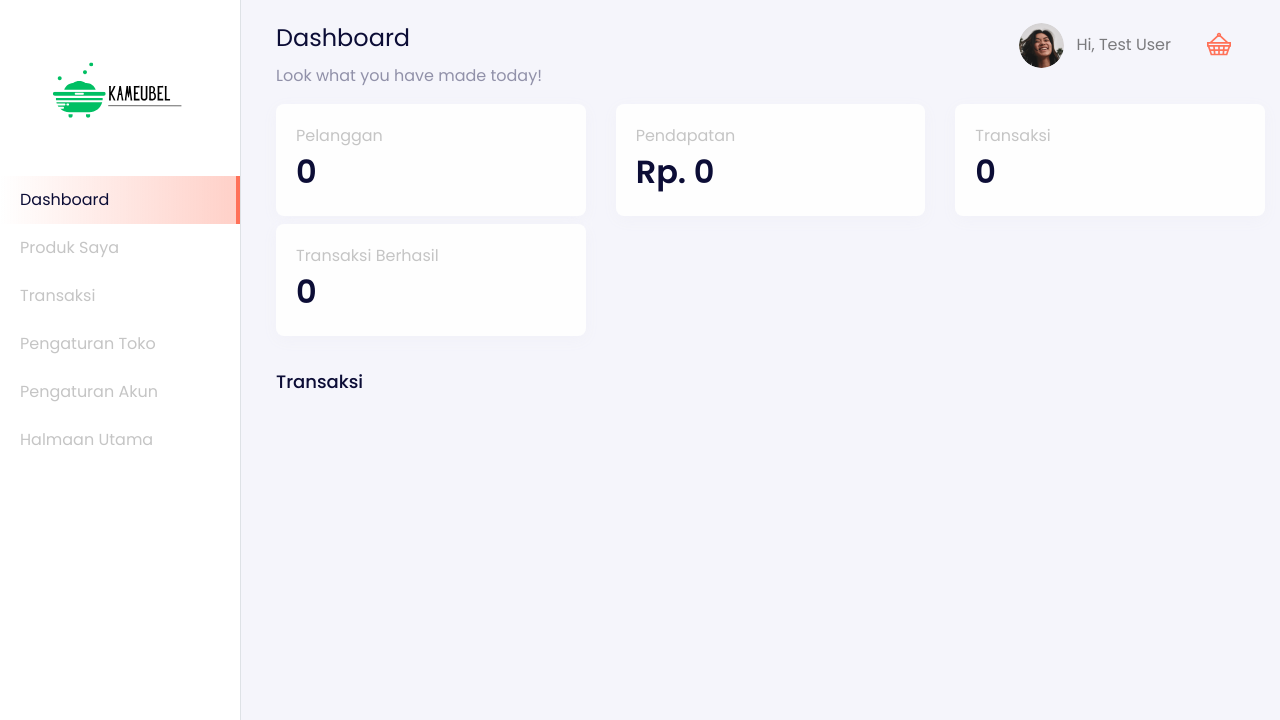
Repository: asyrofuddien/Meubel_Store
Page: http://localhost/dashboard
An editor plug-in stored every save of this project. The page is shown before and after the next save, followed by the edit.
The browser window is 1280 px wide. The pictures show the whole page.
The page is served by the project's Laravel application, run on PHP 8.4 with Laravel 8. A made-up administrator, Test User (test@example.com), is signed in. Other server files are loaded and not shown. Queries for data that is not in the repository find no rows.

Above is the page before, as saved 2023-08-08 11:03:05.

### routes/web.php
<?php

use Illuminate\Support\Facades\Route;
use Illuminate\Support\Facades\Auth;

/*
|--------------------------------------------------------------------------
| Web Routes
|--------------------------------------------------------------------------
|
| Here is where you can register web routes for your application. These
| routes are loaded by the RouteServiceProvider within a group which
| contains the "web" middleware group. Now create something great!
|
*/
Route::get('/', 'HomeController@index')->name('home');

Route::get('/categories', 'CategoryController@index')->name('categories');
Route::get('/categories/{id}', 'CategoryController@detail')->name('categories-detail');

Route::get('/details/{id}', 'DetailController@index')->name('detail');
Route::post('/details/{id}', 'DetailController@add')->name('detail-add');

Route::post('/checkout/callback', 'CheckoutController@callback')->name('midtrans-callback');

Route::get('/success', 'CartController@success')->name('success');
Route::get('/register/success', 'Auth\RegisterController@success')->name('register-success');

Route::group(['middleware' => ['auth']], function(){

    Route::get('/cart', 'CartController@index')->name('cart');
    Route::delete('/cart/{id}', 'CartController@delete')->name('cart-delete');

    Route::post('/checkout', 'CheckoutController@process')->name('checkout');

    Route::get('/dashboard', 'DashboardController@index')->name('dashboard');

    Route::get('/dashboard/products', 'DashboardProductController@index')->name('dashboard-product');

    Route::get('/dashboard/products/create', 'DashboardProductController@create')->name('dashboard-product-create');
    Route::post('/dashboard/products', 'DashboardProductController@store')->name('dashboard-product-store');

    Route::get('/dashboard/products/{id}', 'DashboardProductController@details')->name('dashboard-product-details');
    Route::post('/dashboard/products/{id}', 'DashboardProductController@update')->name('dashboard-product-update');

    Route::post('/dashboard/products/gallery/upload', 'DashboardProductController@uploadGallery')->name('dashboard-product-gallery-upload');

    Route::get('/dashboard/products/gallery/delete/{id}', 'DashboardProductController@deleteGallery')->name('dashboard-product-gallery-delete');

    Route::get('/dashboard/transactions', 'DashboardTransactionController@index')->name('dashboard-transaction');
    Route::get('/dashboard/transactions/{id}', 'DashboardTransactionController@details')->name('dashboard-transaction-details');
    Route::post('/dashboard/transactions/{id}', 'DashboardTransactionController@update')->name('dashboard-transaction-update');

    Route::get('/dashboard/settings', 'DashboardSettingController@store')->name('dashboard-settings-store');
    Route::get('/dashboard/account', 'DashboardSettingController@account')->name('dashboard-settings-account');
    Route::post('/dashboard/account/{redirect}', 'DashboardSettingController@update')->name('dashboard-settings-redirect');

});

// ->middleware(['auth', 'admin'])
Route::prefix('admin')
    ->namespace('Admin')
    ->middleware(['auth', 'admin'])
    ->group(function() {
        Route::get('/', 'DashboardController@index')->name('admin-dashboard');
        Route::resource('category', 'CategoryController');
        Route::resource('user', 'UserController');
        Route::resource('product', 'ProductController');
        Route::resource('product-gallery', 'ProductGalleryController');
        Route::resource('transaction', 'TransactionController');
    });

Auth::routes();

### app/User.php
<?php

namespace App;

use Illuminate\Contracts\Auth\MustVerifyEmail;
use Illuminate\Foundation\Auth\User as Authenticatable;
use Illuminate\Notifications\Notifiable;

class User extends Authenticatable
{
    use Notifiable;

    /**
     * The attributes that are mass assignable.
     *
     * @var array
     */
    protected $fillable = [
        'name', 'email', 'password', 'roles', 'store_name', 'categories_id', 'store_status',
        'address_one', 'address_two', 'provinces_id', 'regencies_id', 'zip_code', 'country', 'phone_number'
    ];

    /**
     * The attributes that should be hidden for arrays.
     *
     * @var array
     */
    protected $hidden = [
        'password', 'remember_token',
    ];

    /**
     * The attributes that should be cast to native types.
     *
     * @var array
     */
    protected $casts = [
        'email_verified_at' => 'datetime',
    ];



}

### app/Http/Controllers/DashboardController.php
<?php

namespace App\Http\Controllers;

use Illuminate\Http\Request;
use Illuminate\Support\Facades\Auth;

use App\TransactionDetail;
use App\User;

class DashboardController extends Controller
{
    /**
     * Show the application dashboard.
     *
     * @return \Illuminate\Contracts\Support\Renderable
     */
    public function index()
    {
        $transactions = TransactionDetail::with(['transaction.user', 'product.galleries'])
                            ->whereHas('product', function($product){
                                $product->where('users_id', Auth::user()->id);
                            });
        $transactions2 = TransactionDetail::with(['transaction.user', 'product.galleries'])
                            ->whereHas('product', function($product){
                                $product->where('users_id', Auth::user()->id);
                            })->whereHas('transaction', function ($transaction) {
                                $transaction->where('transaction_status', 'BERHASIL');
                            });

        $reveneu = $transactions2->orderby('created_at', 'DESC')->get()->reduce(function ($carry, $item){
            $total = $carry + $item->price;
            return $total - ($total*0.01) ; //pendapatan dikurangi 1 persen
        });

        $customer = User::count();

        return view('pages.dashboard', [
            'transaction_count' => $transactions->count(),
            'transaction_count_succes' => $transactions2->count(),
            'transaction_data' => $transactions->get(),
            'revenue' => $reveneu,
            'customer' => $customer
        ]);
    }
}

### app/TransactionDetail.php
<?php

namespace App;

use Illuminate\Database\Eloquent\Model;

class TransactionDetail extends Model
{
    /**
     * The attributes that are mass assignable.
     *
     * @var array
     */
    protected $fillable = [
       'transactions_id', 'products_id', 'price', 'shipping_status', 'resi', 'code'
    ];

    /**
     * The attributes that should be hidden for arrays.
     *
     * @var array
     */
    protected $hidden = [

    ];

    public function product(){
        return $this->hasOne(Product::class, 'id', 'products_id');
    }

    public function transaction(){
        return $this->hasOne(Transaction::class, 'id', 'transactions_id');
    }
}

### app/Product.php
<?php

namespace App;

use Illuminate\Database\Eloquent\Model;
use Illuminate\Database\Eloquent\SoftDeletes;

class Product extends Model
{
    use SoftDeletes;

    protected $fillable = [
        'name', 'users_id', 'categories_id', 'price', 'description', 'slug'
    ];

    public $hidden = [

    ];

    public function galleries(){
        return $this->hasMany(ProductGallery::class, 'products_id', 'id');
    }

    public function user(){
        return $this->hasOne(User::class, 'id', 'users_id');
    }

    public function category(){
        return $this->belongsTo(Category::class, 'categories_id', 'id');
    }
}

### app/Transaction.php
<?php

namespace App;

use Illuminate\Database\Eloquent\Model;

class Transaction extends Model
{
     /**
     * The attributes that are mass assignable.
     *
     * @var array
     */
    protected $fillable = [
       'users_id', 'inscurance_price', 'shipping_price', 'transaction_status', 'total_price', 'code'
    ];

    /**
     * The attributes that should be hidden for arrays.
     *
     * @var array
     */
    protected $hidden = [

    ];

    public function user(){
        return $this->belongsTo(User::class, 'users_id', 'id');
    }

}

### resources/views/pages/dashboard.blade.php
@extends('layouts.dashboard')

@section('title')
    Dashboard Toko
@endsection

@section('content')
    <!-- Page Content -->
    <div
        class="section-content section-dashboard-home"
        data-aos="fade-up"
        >
        <div class="container-fluid">
            <div class="dashboard-heading">
            <h2 class="dashboard-title">Dashboard</h2>
            <p class="dashboard-subtitle">Look what you have made today!</p>
            <div class="dashboard-content">
                <div class="row">
                <div class="col-md-4">
                    <div class="card mb-2">
                    <div class="card-body">
                        <div class="dashboard-card-title">Pelanggan</div>
                        <div class="dashboard-card-subtitle">{{ number_format($customer) }}</div>
                    </div>
                    </div>
                </div>
                <div class="col-md-4">
                    <div class="card mb-2">
                    <div class="card-body">
                        <div class="dashboard-card-title">Pendapatan</div>
                        <div class="dashboard-card-subtitle">Rp. {{ number_format($revenue) }}</div>
                    </div>
                    </div>
                </div>
                <div class="col-md-4">
                    <div class="card mb-2">
                    <div class="card-body">
                        <div class="dashboard-card-title">Transaksi</div>
                        <div class="dashboard-card-subtitle">
                        {{ number_format($transaction_count) }}
                        </div>
                    </div>
                    </div>
                </div>
                <div class="col-md-4">
                    <div class="card mb-2">
                    <div class="card-body">
                        <div class="dashboard-card-title">Transaksi Berhasil</div>
                        <div class="dashboard-card-subtitle">
                        {{ number_format($transaction_count_succes) }}
                        </div>
                    </div>
                    </div>
                </div>
                </div>
                <div class="row mt-3">
                    <div class="col-12 mt-2">
                        <h5 class="mb-3">Transaksi</h5>
                        @foreach ($transaction_data as $transaction)
                            <a
                                href="{{  route('dashboard-transaction-details', $transaction->id)  }}"
                                class="card card-list d-block"
                                >
                                <div class="card-body">
                                    <div class="row">
                                        <div class="col-md-1">
                                            <img
                                            src="{{ Storage::url($transaction->product->galleries->first()->photos ?? '') }}"
                                            class="w-50"
                                            />
                                        </div>
                                        <div class="col-md-4">{{ $transaction->product->name ?? '' }}</div>
                                        <div class="col-md-3">{{ $transaction->transaction->user->name ?? '' }}</div>
                                        <div class="col-md-3">{{ $transaction->created_at ?? '' }}</div>
                                        <div class="col-md-1 d-none-d-md-block">
                                            <img
                                            src="/images/dashboard-arrow-right.svg"
                                            alt=""
                                            />
                                        </div>
                                    </div>
                                </div>
                            </a>
                        @endforeach
                    </div>
                </div>
            </div>
            </div>
        </div>
    </div>
@endsection

### resources/views/layouts/dashboard.blade.php
<!DOCTYPE html>
<html lang="en">
  <head>
    <meta charset="utf-8" />
    <meta
      name="viewport"
      content="width=device-width, initial-scale=1, shrink-to-fit=no"
    />
    <meta name="description" content="" />
    <meta name="author" content="" />
    <link rel="shortcut icon" href="/images/logoicon.svg" type="image/x-icon">
    <title>@yield('title')</title>

    @stack('prepend-style')
    <link href="https://unpkg.com/aos@2.3.1/dist/aos.css" rel="stylesheet" />
    <link href="/style/main.css" rel="stylesheet" />
    @stack('addon-style')
  </head>

  <body>
    <div class="page-dashboard">
      <div class="d-flex" id="wrapper" data-aos="fade-right">
        <!-- sidebar -->
        <div class="border-right" id="sidebar-wrapper">
          <div class="sidebar-heading text-center">
            <img src="/images/logo.svg" class="my-4" alt="" />
          </div>
          <div class="list-group list-group-flush">
            <a
              href="{{ route('dashboard') }}"
              class="list-group-item list-group-item-action {{ (request()->is('dashboard')) ? 'active' : '' }}"
            >
              Dashboard</a
            >
            <a
              href="{{ route('dashboard-product') }}"
              class="list-group-item list-group-item-action {{ (request()->is('dashboard/products*')) ? 'active' : '' }}"
            >
              Produk Saya</a
            >
            <a
              href="{{ route('dashboard-transaction') }}"
              class="list-group-item list-group-item-action {{ (request()->is('dashboard/transactions*')) ? 'active' : '' }}"
            >
              Transaksi</a
            >
            <a
              href="{{ route('dashboard-settings-store') }}"
              class="list-group-item list-group-item-action {{ (request()->is('dashboard/settings*')) ? 'active' : '' }}"
            >
              Pengaturan Toko</a
            >
            <a
              href="{{ route('dashboard-settings-account') }}"
              class="list-group-item list-group-item-action {{ (request()->is('dashboar/account*')) ? 'active' : '' }}"
            >
              Pengaturan Akun</a
            >
            <a
              href="/"
              class="list-group-item list-group-item-action"
            >
              Halmaan Utama</a
            >
          </div>
        </div>

        <!-- Page Content -->
        <div id="page-content-wrapper">
          <nav
            class="navbar navbar-expand-lg navbar-light navbar-store fixed-top"
            data-aos="fade-down"
          >
            <div class="container-fluid">
              <button
                class="btn btn-secondary d-md-none mr-auto mr-2"
                id="menu-toggle"
              >
                &laquo; Menu
              </button>
              <button
                class="navbar-toggler"
                type="button"
                data-toggle="collapse"
                data-target="#navbarSupportedContent"
              >
                <span class="navbar-toggler-icon"></span>
              </button>
              <div class="collapse navbar-collapse" id="navbarSupportedContent">
                <!-- Desktop Menu -->
                <ul class="navbar-nav d-none d-lg-flex ml-auto">
                  <li class="nav-item dropdown">
                    <a
                      href="#"
                      class="nav-link"
                      id="navbarDropdown"
                      role="button"
                      data-toggle="dropdown"
                    >
                      <img
                        src="/images/icon-user.png"
                        alt=""
                        class="rounded-circle mr-2 profil-picture"
                      />
                      Hi, {{ Auth::user()->name }}
                    </a>
                    <div class="dropdown-menu">
                        <a href="{{ route('dashboard') }}" class="dropdown-item"
                            >Dashboard</a
                        >
                        <a
                            href="{{ route('dashboard-settings-account') }}"
                            class="dropdown-item"
                            >Setting</a
                        >
                        <div class="dropdown-divider"></div>
                            <a href="{{ route('logout') }}" onclick="event.preventDefault(); document.getElementById('logout-form').submit();"
                              class="dropdown-item"
                              >Logout</a>
                            <form id="logout-form" action="{{ route('logout') }}" method="POST" class="d-none">
                                @csrf
                            </form>
                    </div>
                  </li>
                  <li class="nav-item">
                      <a href="{{ route('cart') }}" class="nav-link d-inline-block mt-2">
                          @php
                          $carts = \App\Cart::where('users_id', Auth::user()->id)->count();
                          @endphp

                          @if ($carts > 0)
                              <img src="/images/icon-cart-filled.svg" alt="" />
                              <div class="card-badge">{{ $carts }}</div>
                          @else
                            <img src="/images/icon-cart-empty.svg" alt="" />
                          @endif
                      </a>
                  </li>
                </ul>

                <ul class="navbar-nav d-block d-lg-none">
                  <li class="nav-item">
                    <a href="#" class="nav-link"> Hi, {{ Auth::user()->name }} </a>
                  </li>
                  <li class="nav-item">
                    <a href="#" class="nav-link d-inline-box"> Cart </a>
                  </li>
                </ul>
              </div>
            </div>
          </nav>
          {{-- Content --}}
          @yield('content')
        </div>
      </div>
    </div>

    <!-- Bootstrap core JavaScript -->
    @stack('prepend-script')
    <script src="/vendor/jquery/jquery.slim.min.js"></script>
    <script src="/vendor/bootstrap/js/bootstrap.bundle.min.js"></script>
    <script src="https://unpkg.com/aos@2.3.1/dist/aos.js"></script>
    <script>
      AOS.init();
    </script>
    <script>
      $("#menu-toggle").click(function (e) {
        e.preventDefault();
        $("#wrapper").toggleClass("toggled");
      });
    </script>
    @stack('addon-script')
  </body>
</html>

### app/Cart.php
<?php

namespace App;

use Illuminate\Database\Eloquent\Model;

class Cart extends Model
{
    protected $fillable = [
        'products_id', 'users_id'
    ];

    public $hidden = [

    ];

    public function product(){
        return $this->hasOne(Product::class, 'id', 'products_id');
    }

    public function user(){
        return $this->belongsTo(User::class, 'users_id', 'id');
    }
}

### public/images/icon-cart-empty.svg
<svg width="24" height="24" viewBox="0 0 24 24" fill="none" xmlns="http://www.w3.org/2000/svg">
<path d="M24 14.8052V10.0134H21.0326L14.0085 3.52308C14.0873 3.30075 14.1307 3.06174 14.1307 2.81266C14.1307 1.6378 13.1749 0.681976 12 0.681976C10.8251 0.681976 9.86932 1.6378 9.86932 2.81266C9.86932 3.06171 9.91267 3.30075 9.99155 3.52308L2.96739 10.0134H0V14.8052H0.838911L3.75375 23.3181H20.2462L23.161 14.8052H24V14.8052ZM15.903 17.3536H12.8412V14.8284H16.1524L15.903 17.3536ZM11.1588 21.6356H8.5198L8.2631 19.0361H11.1588V21.6356ZM8.09698 17.3536L7.84763 14.8284H11.1588V17.3536H8.09698ZM12.4482 2.81266C12.4482 2.94258 12.3923 3.05941 12.3037 3.14133C12.2238 3.21526 12.1172 3.26086 12 3.26086C11.8828 3.26086 11.7763 3.21526 11.6963 3.14133C11.6077 3.05939 11.5518 2.94258 11.5518 2.81266C11.5518 2.68274 11.6077 2.5659 11.6963 2.48398C11.7762 2.41005 11.8828 2.36445 12 2.36445C12.1172 2.36445 12.2237 2.41005 12.3037 2.48398C12.3923 2.56593 12.4482 2.68274 12.4482 2.81266ZM11.1336 4.75854C11.3985 4.87695 11.6916 4.94336 12 4.94336C12.3084 4.94336 12.6015 4.87695 12.8664 4.75854L18.5535 10.0134H5.44657L11.1336 4.75854ZM1.68247 11.6959H22.3175V13.1227H1.68247V11.6959ZM6.15699 14.8284L6.40634 17.3536H3.4899L2.62525 14.8284H6.15699ZM4.95605 21.6356L4.06597 19.0361H6.57249L6.82916 21.6356H4.95605ZM12.8412 19.0361H15.7369L15.4802 21.6356H12.8412V19.0361ZM19.044 21.6356H17.1708L17.4275 19.0361H19.934L19.044 21.6356ZM20.5101 17.3536H17.5937L17.843 14.8284H21.3748L20.5101 17.3536Z" fill="#FF7158"/>
</svg>

Loaded but not shown: app/Http/Controllers/Auth/LoginController.php (common file); app/Http/Controllers/Controller.php (common file); app/Http/Controllers/Auth/ConfirmPasswordController.php (common file); public/style/main.css (library); public/images/logo.svg (1 lines, source omitted)

After the next save:
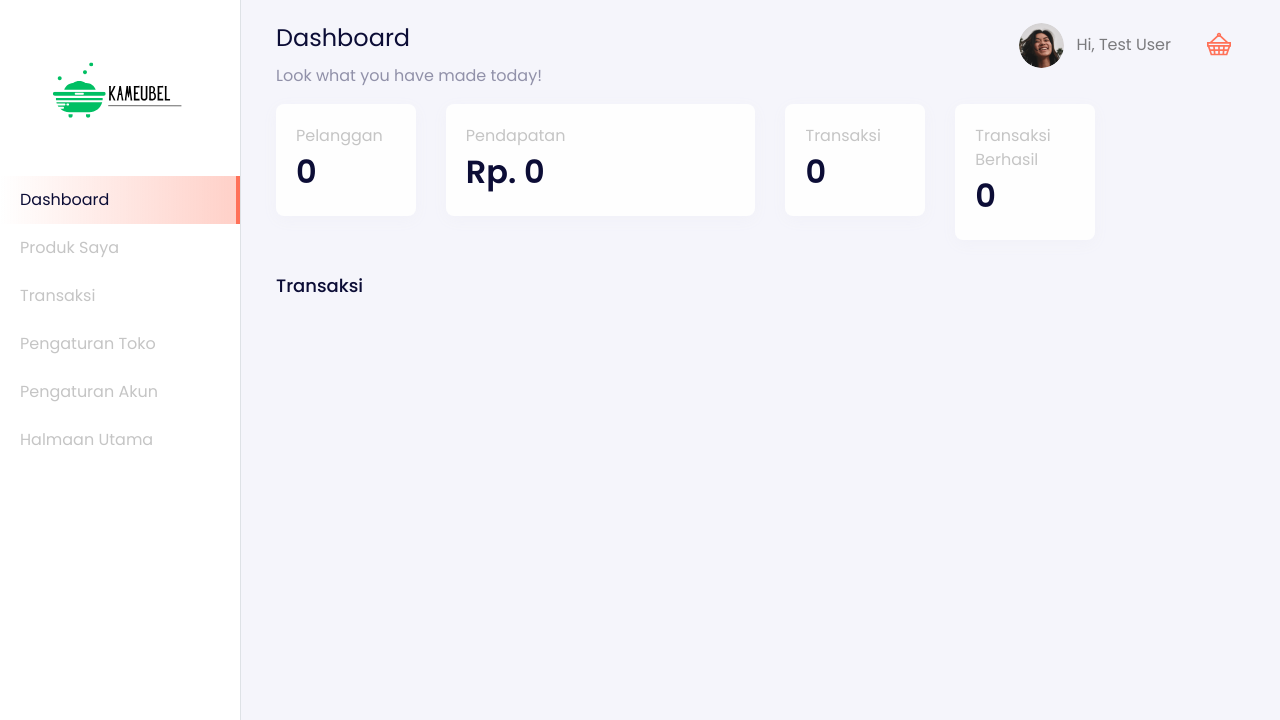
Saved 75 s later.
--- a/resources/views/pages/dashboard.blade.php
+++ b/resources/views/pages/dashboard.blade.php
@@ -16,7 +16,7 @@
             <p class="dashboard-subtitle">Look what you have made today!</p>
             <div class="dashboard-content">
                 <div class="row">
-                <div class="col-md-4">
+                <div class="col-md-2">
                     <div class="card mb-2">
                     <div class="card-body">
                         <div class="dashboard-card-title">Pelanggan</div>
@@ -32,7 +32,7 @@
                     </div>
                     </div>
                 </div>
-                <div class="col-md-4">
+                <div class="col-md-2">
                     <div class="card mb-2">
                     <div class="card-body">
                         <div class="dashboard-card-title">Transaksi</div>
@@ -42,7 +42,7 @@
                     </div>
                     </div>
                 </div>
-                <div class="col-md-4">
+                <div class="col-md-2">
                     <div class="card mb-2">
                     <div class="card-body">
                         <div class="dashboard-card-title">Transaksi Berhasil</div>
